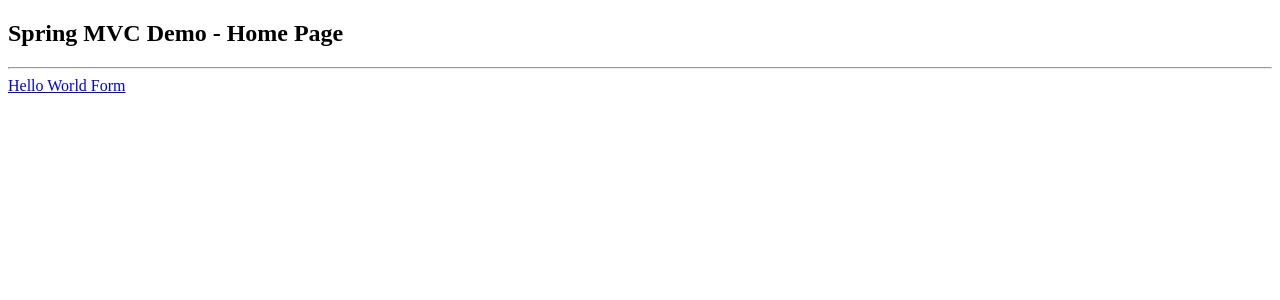
Repository: JaeWoogie/spring-and-hibernate
Page: http://localhost/spring-mvc-demo/
These files come from the project's save history. The page is drawn as it stood at one moment and after the next save; the edit follows.
The browser window is 1280 px wide. The pictures show the whole page.
The page is served by Tomcat 9. Other server files are loaded and not shown.

Above is the page before, as saved 2020-10-10 03:45:12.

### spring-mvc-demo/WebContent/WEB-INF/view/main-menu.jsp
<!DOCTYPE html>

<html>

<body>

<h2>Spring MVC Demo - Home Page</h2>

<hr>

<a href="hello/showForm">Hello World Form</a>

</body>

</html>

After the next save:
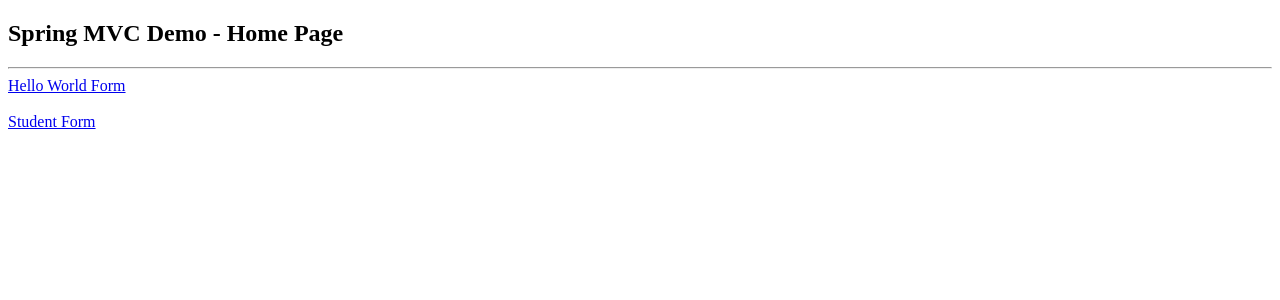
Saved 51 s later.
--- a/spring-mvc-demo/WebContent/WEB-INF/view/main-menu.jsp
+++ b/spring-mvc-demo/WebContent/WEB-INF/view/main-menu.jsp
@@ -10,6 +10,10 @@
 
 <a href="hello/showForm">Hello World Form</a>
 
+<br><br>
+
+<a href="student/showForm">Student Form</a>
+
 </body>
 
 </html>
